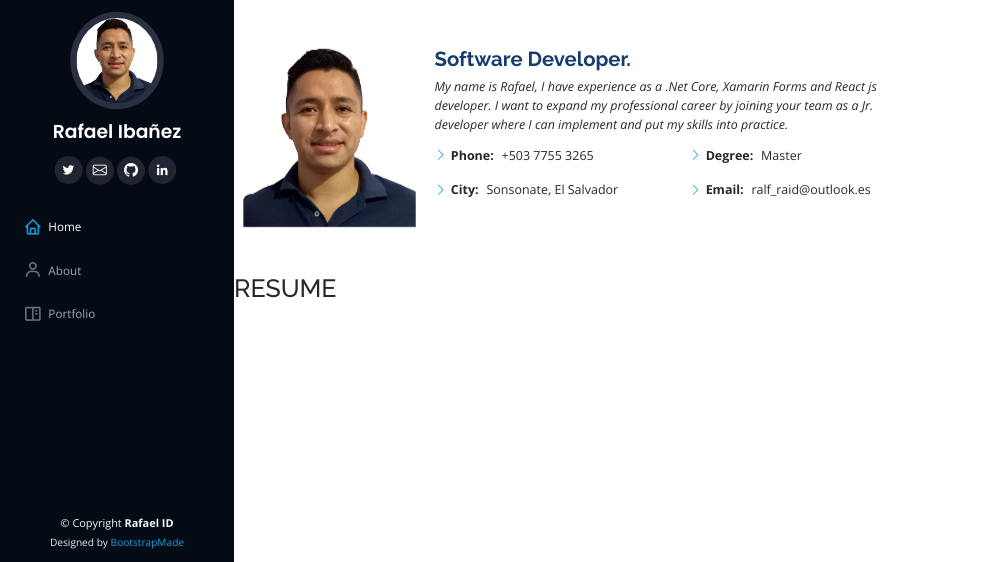
Repository: ralfId/myportfolio
Page: /about
These files come from the project's save history. The page is drawn as it stood at one moment and after the next save; the edit follows.
The browser window is 1280 px wide. The pictures show the whole page, at 78% of full size.
The project was rebuilt for these pictures with package versions that can differ from the ones it lists, and the page was loaded fresh each time. Also part of the build but not shown: src/components/Home.js, src/data/projects.js, src/components/Projects/ProjectItem.js, src/components/Projects/ProjectIndex.js, src/helpers/ProjectById.js, src/components/Projects/ProjectDetail.js.

Above is the page before, as saved 2021-09-20 19:07:21.

After the next save:
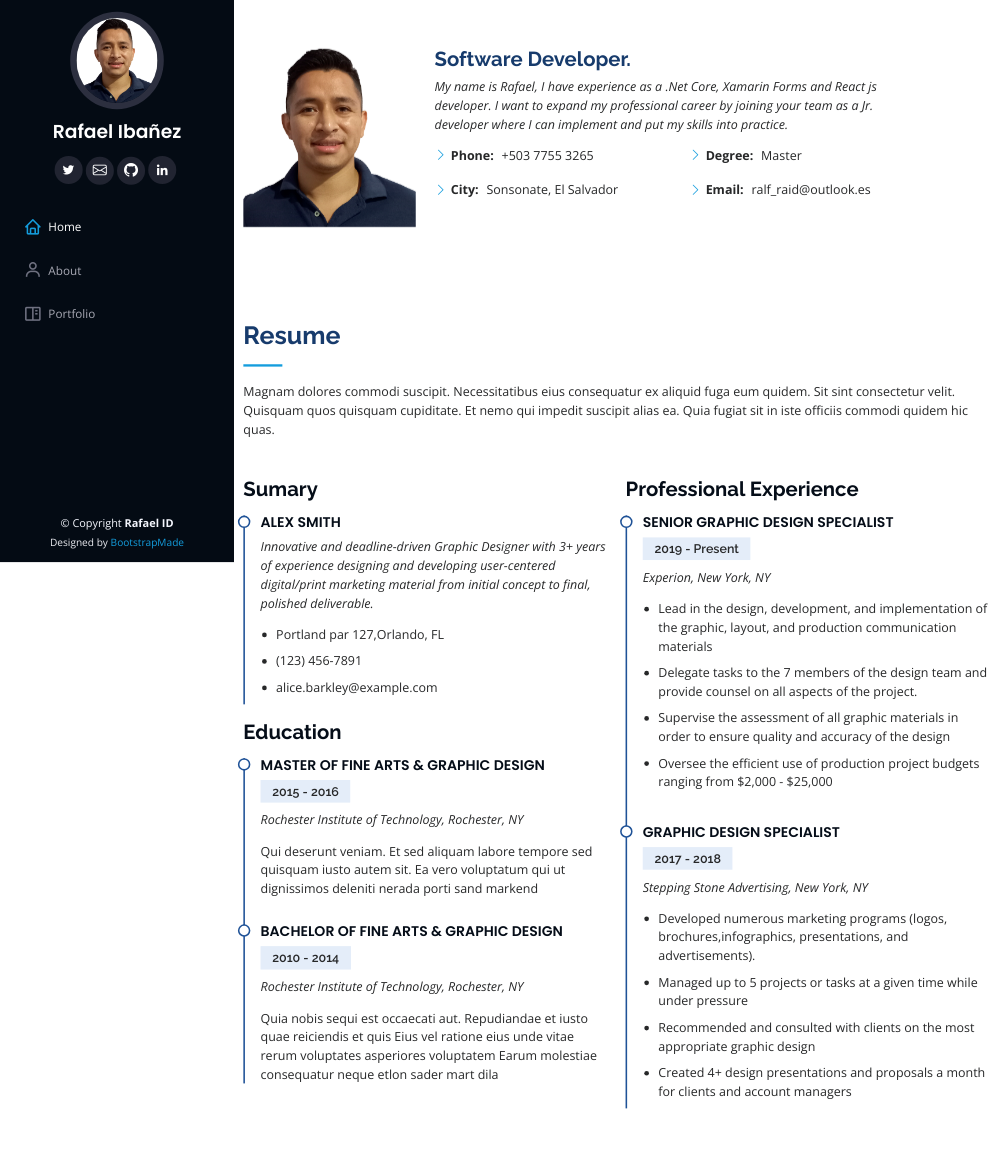
Saved 62 s later.
--- a/src/components/Resume.js
+++ b/src/components/Resume.js
@@ -3,7 +3,70 @@ import React from "react";
 export const Resume = ()=>{
     return(
         <>
-        <h2>RESUME </h2>
+        <section id="resume" class="resume">
+      <div class="container">
+
+        <div class="section-title">
+          <h2>Resume</h2>
+          <p>Magnam dolores commodi suscipit. Necessitatibus eius consequatur ex aliquid fuga eum quidem. Sit sint consectetur velit. Quisquam quos quisquam cupiditate. Et nemo qui impedit suscipit alias ea. Quia fugiat sit in iste officiis commodi quidem hic quas.</p>
+        </div>
+
+        <div class="row">
+          <div class="col-lg-6" data-aos="fade-up">
+            <h3 class="resume-title">Sumary</h3>
+            <div class="resume-item pb-0">
+              <h4>Alex Smith</h4>
+              <p><em>Innovative and deadline-driven Graphic Designer with 3+ years of experience designing and developing user-centered digital/print marketing material from initial concept to final, polished deliverable.</em></p>
+              <ul>
+                <li>Portland par 127,Orlando, FL</li>
+                <li>(123) 456-7891</li>
+                <li>alice.barkley@example.com</li>
+              </ul>
+            </div>
+
+            <h3 class="resume-title">Education</h3>
+            <div class="resume-item">
+              <h4>Master of Fine Arts &amp; Graphic Design</h4>
+              <h5>2015 - 2016</h5>
+              <p><em>Rochester Institute of Technology, Rochester, NY</em></p>
+              <p>Qui deserunt veniam. Et sed aliquam labore tempore sed quisquam iusto autem sit. Ea vero voluptatum qui ut dignissimos deleniti nerada porti sand markend</p>
+            </div>
+            <div class="resume-item">
+              <h4>Bachelor of Fine Arts &amp; Graphic Design</h4>
+              <h5>2010 - 2014</h5>
+              <p><em>Rochester Institute of Technology, Rochester, NY</em></p>
+              <p>Quia nobis sequi est occaecati aut. Repudiandae et iusto quae reiciendis et quis Eius vel ratione eius unde vitae rerum voluptates asperiores voluptatem Earum molestiae consequatur neque etlon sader mart dila</p>
+            </div>
+          </div>
+          <div class="col-lg-6" data-aos="fade-up" data-aos-delay="100">
+            <h3 class="resume-title">Professional Experience</h3>
+            <div class="resume-item">
+              <h4>Senior graphic design specialist</h4>
+              <h5>2019 - Present</h5>
+              <p><em>Experion, New York, NY </em></p>
+              <ul>
+                <li>Lead in the design, development, and implementation of the graphic, layout, and production communication materials</li>
+                <li>Delegate tasks to the 7 members of the design team and provide counsel on all aspects of the project. </li>
+                <li>Supervise the assessment of all graphic materials in order to ensure quality and accuracy of the design</li>
+                <li>Oversee the efficient use of production project budgets ranging from $2,000 - $25,000</li>
+              </ul>
+            </div>
+            <div class="resume-item">
+              <h4>Graphic design specialist</h4>
+              <h5>2017 - 2018</h5>
+              <p><em>Stepping Stone Advertising, New York, NY</em></p>
+              <ul>
+                <li>Developed numerous marketing programs (logos, brochures,infographics, presentations, and advertisements).</li>
+                <li>Managed up to 5 projects or tasks at a given time while under pressure</li>
+                <li>Recommended and consulted with clients on the most appropriate graphic design</li>
+                <li>Created 4+ design presentations and proposals a month for clients and account managers</li>
+              </ul>
+            </div>
+          </div>
+        </div>
+
+      </div>
+    </section>
         </>
     )
 }
